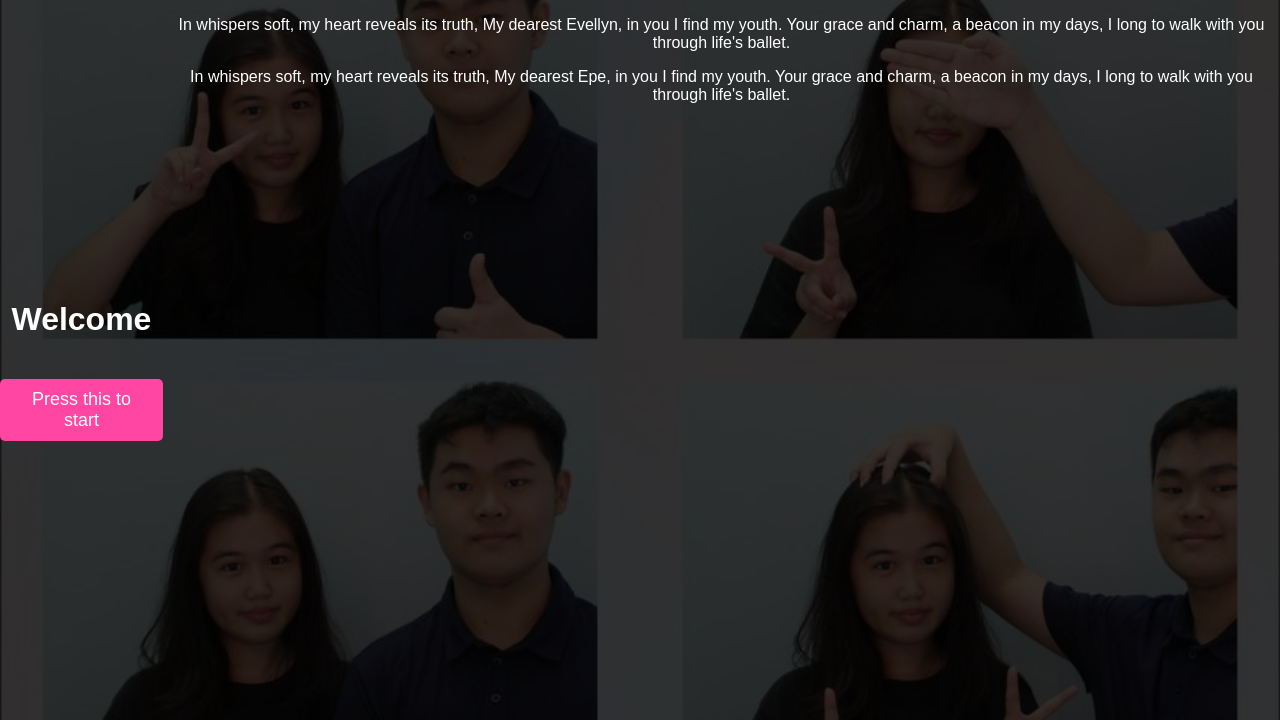
Repository: SnakeXrnt/project-cnf
Page: index.html
An editor plug-in stored every save of this project. The page is shown before and after the next save, followed by the edit.
The browser window is 1280 px wide. The pictures show the whole page.
Some web fonts or font styles are not loaded; a fallback is used.

Above is the page before, as saved 2024-06-22 15:50:03.

### index.html
<!DOCTYPE html>
<html lang="en">
<head>
    <meta charset="UTF-8">
    <meta name="viewport" content="width=device-width, initial-scale=1.0">
    <title>This is for u !</title>
    <link rel="apple-touch-icon" sizes="180x180" href="/apple-touch-icon.png">
    <link rel="icon" type="image/png" sizes="32x32" href="/favicon-32x32.png">
    <link rel="icon" type="image/png" sizes="16x16" href="/favicon-16x16.png">
    <link rel="manifest" href="/site.webmanifest">
    <link rel="stylesheet" href="style.css">
    <script src="script.js"></script>
</head>
<body>
    <div class="greetings1">
        <h1>Welcome</h1>
        <button class="to-grettings2">Press this to start</button>
    </div>
    <div class="greetings2" style="display: none;">
        <h1>Hi, Mrs Evellyn Jade!</h1>
        <p>days pass and time flies yet in this moment my heart yearns just to spew its desires and now after all these times i just wanna say...</p>
        <div class="loading-container">
            <div class="loading-bar"></div>
        </div>
    </div>

    <div class="filling" style="display: none;">
        <div class="lyric1"></div>
    </div>

    <div class="filling2" style="display: none;">
        <div class="photos">
            <img src="image/1.jpg" alt="Photoooo" class="photo1">
            <img src="image/2.jpg" alt="Photoooo" class="photo2">
            <img src="image/3.jpg" alt="Photoooo" class="photo3">
            <img src="image/4.jpg" alt="Photoooo" class="photo4">
            <img src="image/5.jpg" alt="Photoooo" class="photo5">
            <img src="image/6.jpg" alt="Photoooo" class="photo6">
            <img src="image/7.jpg" alt="Photoooo" class="photo7">
            <img src="image/8.jpg" alt="Photoooo" class="photo8">
            <img src="image/9.jpg" alt="Photoooo" class="photo9">
            <img src="image/10.jpg" alt="Photoooo" class="photo10">
            <img src="image/11.jpg" alt="Photoooo" class="photo11">
        </div>

        <button class="to-filling3">Are you ready?</button>
    </div>

    <div class="filling3">
        <p>In whispers soft, my heart reveals its truth,
            My dearest Evellyn, in you I find my youth.
            Your grace and charm, a beacon in my days,
            I long to walk with you through life's ballet.</p>

        <p>In whispers soft, my heart reveals its truth,
            My dearest Epe, in you I find my youth.
            Your grace and charm, a beacon in my days,
            I long to walk with you through life's ballet.</p>

    </div>

    <audio id="background-music" src="music.mp3"></audio>
</body>
</html>

### style.css

@import url('https://fonts.googleapis.com/css2?family=Playfair+Display:ital,wght@0,400..900;1,400..900&family=Playwrite+NZ:wght@100..400&display=swap');

// <uniquifier>: Use a unique and descriptive class name
// <weight>: Use a value from 100 to 400

.playwrite-nz-<uniquifier> {
  font-family: "Playwrite NZ", cursive;
  font-optical-sizing: auto;
  font-weight: <weight>;
  font-style: normal;
}

// <uniquifier>: Use a unique and descriptive class name
// <weight>: Use a value from 400 to 900

.playfair-display-<uniquifier> {
  font-family: "Playfair Display", serif;
  font-optical-sizing: auto;
  font-weight: <weight>;
  font-style: normal;
}

body {
    display: flex;
    justify-content: center;

    margin: 0;
    padding: 0;
    font-family: Arial, sans-serif;
    position: relative;
    min-height: 100vh;
    background-color: #000; /* Fallback color */
}

body::before {
    content: "";
    position: absolute;
    top: 0;
    left: 0;
    width: 100%;
    height: 100%;
    background: url('background1.jpg') no-repeat center center fixed;
    background-size: cover;
    opacity: 0.2;
    z-index: -1;
}

.spotify {
    display: flex;
    width: 90%;
    height: auto;
    flex-direction: column;
    justify-content: center;
    align-items: center;
    padding-bottom: 20px;
}

.greetings {
    display: flex;
    justify-content: center;
    align-items: center;
    flex-direction: column;
    height: 100%;
}


button.ready {
    margin-top: 20px;
    background-color: rgb(255, 255, 255);
    color: rgb(0, 0, 0);
    border: none;
    border-radius: 50px;
    padding: 15px 30px;
    font-size: 18px;
    cursor: pointer;
    transition: background-color 0.3s ease;
    outline: none;
    padding-top: 20px;
}

button.ready:hover {
    background-color: #ff69b4;
}

button.ready h2 {
    margin: 0;
    padding: 0;
}

.filling {
    display: flex;
    justify-content: center;
    align-items: center;
    flex-direction: column;
}

.lyric1 {
    display: flex;
    justify-content: center;
    align-items: center;
    flex-direction: column;
    font-size: 24px;
    color: #333;
    margin: 10px 0;
}

.lyric1 p {
    margin: 10px;
    text-align: center;
}

.fade-in {
    opacity: 0;
    animation: fadeIn 2s forwards;
}

@keyframes fadeIn {
    to {
        opacity: 1;
    }
}

.greetings p {
    margin: 2px;
    text-align: center;
}

/* style.css */

.greetings1 {
    display: flex;
    flex-direction: column;
    align-items: center;
    justify-content: center;
    height: 100vh;
    text-align: center;
}

.greetings2 {
    display: flex;
    justify-content: center;
    align-items: center;
    flex-direction: column;
    height: 90vh;
    width: 80vw;
}

.to-grettings2 , .to-grettings3{
    margin-top: 20px;
    padding: 10px 20px;
    font-size: 18px;
    background-color: #ff46a2;
    color: white;
    border: none;
    border-radius: 5px;
    cursor: pointer;
}



.greetings2 p {
    font-family: "Playfair Display", serif;
}

h1, p {
    color: white;
    text-align: center;
}

.waiting-bar {
    width: 80%;
    height: 5px;
    background-color: #ddd;
    margin: 20px auto;
    overflow: hidden;
    position: relative;
}

.waiting-bar .progress {
    height: 100%;
    background-color: #3498db;
    width: 0;
    position: absolute;
    top: 0;
    left: 0;
    transition: width 20s linear;
}

.loading-container {
    width: 200px;
    height: 10px;
    background-color: #f0f0f000;
    border: 1px solid #ccc;
    position: relative;
}

.loading-bar {
    width: 100%;
    height: 100%;
    background-color: #ffffff;
    position: absolute;
    animation: reduceWidth 20s linear forwards;
}

@keyframes reduceWidth {
    0% {
        width: 100%;
    }
    100% {
        width: 0;
    }
}

/* Hide overflow to prevent horizontal scrollbar */
body {
    overflow-x: hidden;
}

/* Set initial opacity to 0 for all photos */
/* style.css */

/* Other styles... */

.photos img {
    opacity: 0;
    transition: opacity 2s ease;
    width: 70vw;
    height: auto;

}

.photos {
    display: flex;
    justify-content: center;
    flex-direction: column;
    padding-top: 50px;
    padding-bottom: 50px;
}

.filling2 {
    display: flex;
    flex-direction: column;
}

/* Hide overflow to prevent horizontal scrollbar */
body {
    overflow-x: hidden;
}

### script.js
document.addEventListener('DOMContentLoaded', function() {
    const toGreetings2Button = document.querySelector('.to-grettings2');
    const greetings1Div = document.querySelector('.greetings1');
    const greetings2Div = document.querySelector('.greetings2');
    const fillingDiv = document.querySelector('.filling');
    const lyricDiv = document.querySelector('.lyric1');
    const filling2Div = document.querySelector('.filling2');
    const audio = document.getElementById('background-music');
    const progressBar = document.querySelector('.waiting-bar .progress');
    const photos = document.querySelectorAll('.photos img');

    const lyrics = [
        "Heart beats fast",
        "Colors and promises",
        "How to be brave?",
        "How can I love",
        "When I'm afraid to fall?",
        "But watching you stand alone",
        "All of my doubt",
        "Suddenly goes away somehow",
        "One Step Closer"
    ];

    let currentLyricIndex = 0;

    function showNextLyric() {
        if (currentLyricIndex < lyrics.length) {
            const lyricLine = document.createElement('p');
            lyricLine.textContent = lyrics[currentLyricIndex];
            lyricLine.classList.add('fade-in');
            lyricDiv.appendChild(lyricLine);
            currentLyricIndex++;
            setTimeout(showNextLyric, 4000); // Adjust the delay as needed
        }
    }

    function showNextPhoto(index) {
        if (index < photos.length) {
            photos[index].style.opacity = '1';
            setTimeout(function() {
                showNextPhoto(index + 1);
            }, 2000); // Delay for each photo appearance
        }
    }

    function autoScrollFilling2() {
        const scrollStep = 1; // Adjust the scroll step as needed
        const scrollInterval = 20; // Adjust the interval as needed

        function scroll() {
            if (filling2Div.scrollTop < filling2Div.scrollHeight - filling2Div.clientHeight) {
                filling2Div.scrollTop += scrollStep;
                setTimeout(scroll, scrollInterval);
            }
        }
        scroll();
    }

    toGreetings2Button.addEventListener('click', function() {
        greetings1Div.style.display = 'none';
        greetings2Div.style.display = 'flex';
        audio.play();

        // Start the loading bar animation
        if (progressBar) {
            progressBar.style.width = '100%';
        }

        setTimeout(function() {
            console.log('Switching to filling div...');
            if (greetings2Div) {
                greetings2Div.style.display = 'none';
            }
            if (fillingDiv) {
                fillingDiv.style.display = 'flex';
            }
            showNextLyric();

            setTimeout(function() {
                console.log('Switching to filling2 div...');
                if (fillingDiv) {
                    fillingDiv.style.display = 'none';
                }
                if (filling2Div) {
                    filling2Div.style.display = 'flex';
                }
                showNextPhoto(0);
                autoScrollFilling2();
            }, 40000); // Transition to filling2 after 35 seconds
        }, 20000); // Transition to filling after 20 seconds
    });
});

After the next save:
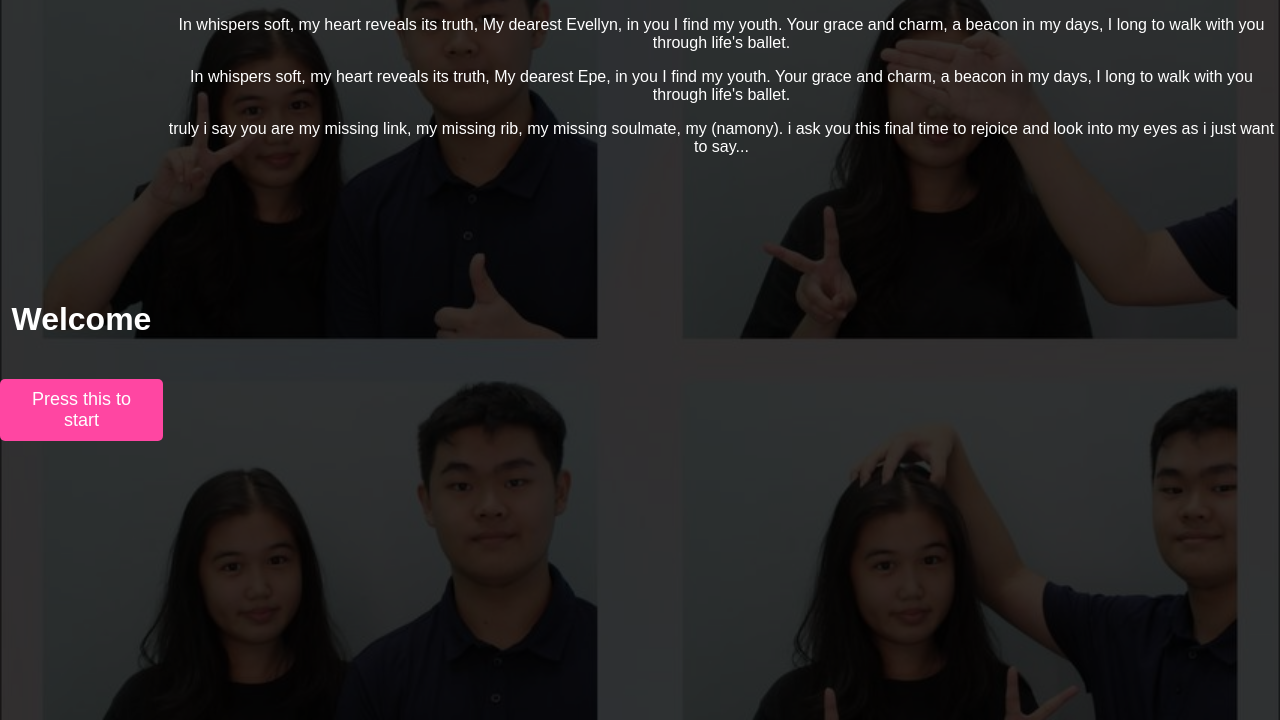
Saved 11 s later.
--- a/index.html
+++ b/index.html
@@ -56,7 +56,9 @@
             My dearest Epe, in you I find my youth.
             Your grace and charm, a beacon in my days,
             I long to walk with you through life's ballet.</p>
-
+        <p>
+            truly i say you are my missing link, my missing rib, my missing soulmate, my (namony). i ask you this final time to rejoice and look into my eyes as i just want to say...
+        </p>
     </div>
 
     <audio id="background-music" src="music.mp3"></audio>
